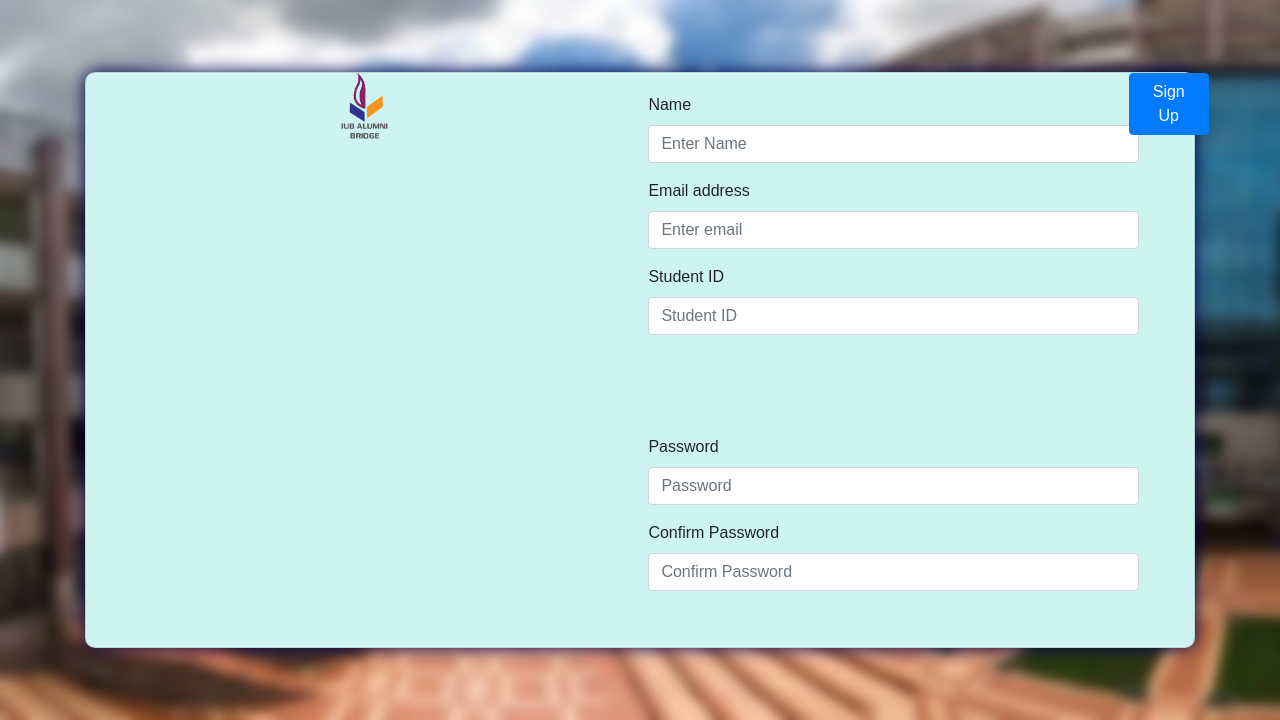
Repository: injamam00155/IUB_Alumni_Bridge
Page: Frontend/signup.html
The author's editor kept a copy of each file at every save. The page is drawn from the files as they stood at one save, then again after the next save.
The browser window is 1280 px wide. The pictures show the whole page.

Above is the page before, as saved 2023-04-02 01:37:59.

After the next save:
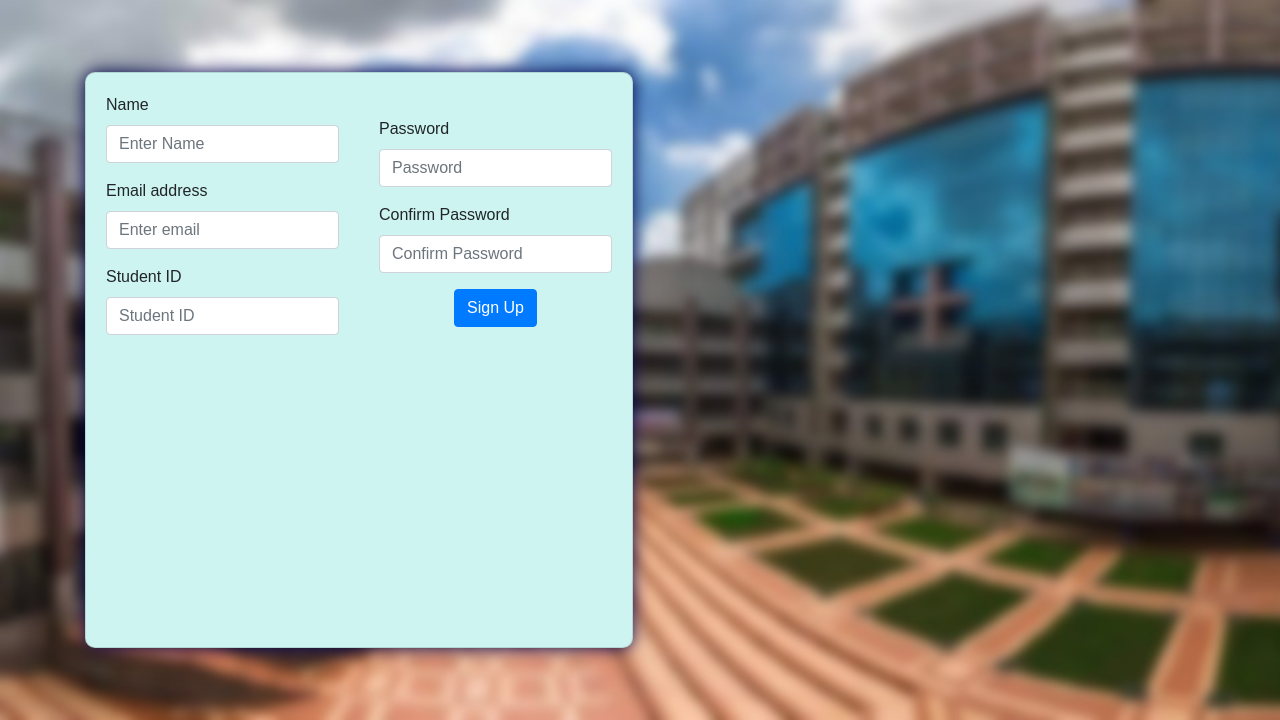
Saved 2 min 12 s later.
--- a/Frontend/signup.html
+++ b/Frontend/signup.html
@@ -12,73 +12,60 @@
     <div class="container">
 
         <div class="card">
-            <div class="row">
-                <div class="text-center logo">
-                    <img class="text-center" src="/Frontend/img/iubalumnibridgelogo.png" alt="logo">
-                </div>
-            </div>
             <!-- <img src="/Frontend/img/alumni.jpg" class="card-img-top" alt="Alumni">
             <div class="card-img-overlay description">
                 <h3 class="text-left">IUB Alumni Bridge</h3>
                 <p class="text-left">The IUB Alumni Bridge is a social media platform that connects alumni of Independent University, Bangladesh (IUB) with current students and the university community. It provides alumni with updates about events and job opportunities, while allowing students to connect with alumni and receive mentorship and guidance.</p>
             </div> -->
-            <div class="row">
-                <div class="card-body">
-                    <!-- <h3 class="text-left">IUB Alumni Bridge</h3>
-                    <p class="text-left">The IUB Alumni Bridge is a social media platform that connects alumni of Independent University, Bangladesh (IUB) with current students and the university community. It provides alumni with updates about events and job opportunities, while allowing students to connect with alumni and receive mentorship and guidance.</p> -->
-                    <form>
-                        <div class="form-group">
-                            <label for="inputName">Name</label>
-                            <input type="name" class="form-control" id="inputName" placeholder="Enter Name">
-                        </div>
-                        <div class="form-group">
-                            <label for="inputEmail">Email address</label>
-                            <input type="email" class="form-control" id="inputEmail" placeholder="Enter email">
-                        </div>
-                        <div class="form-group">
-                            <label for="iubId">Student ID</label>
-                            <input type="Id" class="form-control" id="iubId" placeholder="Student ID">
-                        </div>
-                    </form>
-                </div>
-                <div class="card-body">
-                    <!-- <div class="text-center logo">
-                        <img class="text-center" src="/Frontend/img/iubalumnibridgelogo.png" alt="logo">
+            <div class="card-body">
+                <!-- <h3 class="text-left">IUB Alumni Bridge</h3>
+                <p class="text-left">The IUB Alumni Bridge is a social media platform that connects alumni of Independent University, Bangladesh (IUB) with current students and the university community. It provides alumni with updates about events and job opportunities, while allowing students to connect with alumni and receive mentorship and guidance.</p> -->
+                <form>
+                    <div class="form-group">
+                        <label for="inputName">Name</label>
+                        <input type="name" class="form-control" id="inputName" placeholder="Enter Name">
+                    </div>
+                    <div class="form-group">
+                        <label for="inputEmail">Email address</label>
+                        <input type="email" class="form-control" id="inputEmail" placeholder="Enter email">
+                    </div>
+                    <div class="form-group">
+                        <label for="iubId">Student ID</label>
+                        <input type="Id" class="form-control" id="iubId" placeholder="Student ID">
+                    </div>
+                </form>
+            </div>
+            <div class="card-body">
+                <!-- <div class="text-center logo">
+                    <img class="text-center" src="/Frontend/img/iubalumnibridgelogo.png" alt="logo">
+                </div> -->
+                <br>
+                <form>
+                    <!-- <div class="form-group">
+                        <label for="inputName">Name</label>
+                        <input type="name" class="form-control" id="inputName" placeholder="Enter Name">
+                    </div>
+                    <div class="form-group">
+                        <label for="inputEmail">Email address</label>
+                        <input type="email" class="form-control" id="inputEmail" placeholder="Enter email">
+                    </div>
+                    <div class="form-group">
+                        <label for="iubId">Student ID</label>
+                        <input type="Id" class="form-control" id="iubId" placeholder="Student ID">
                     </div> -->
-                    <br>
-                    <form>
-                        <!-- <div class="form-group">
-                            <label for="inputName">Name</label>
-                            <input type="name" class="form-control" id="inputName" placeholder="Enter Name">
-                        </div>
-                        <div class="form-group">
-                            <label for="inputEmail">Email address</label>
-                            <input type="email" class="form-control" id="inputEmail" placeholder="Enter email">
-                        </div>
-                        <div class="form-group">
-                            <label for="iubId">Student ID</label>
-                            <input type="Id" class="form-control" id="iubId" placeholder="Student ID">
-                        </div> -->
-                        <div class="form-group">
-                            <label for="inputPassword">Password</label>
-                            <input type="password" class="form-control" id="inputPassword" placeholder="Password">
-                        </div>
-                        <div class="form-group">
-                            <label for="confirmPassword">Confirm Password</label>
-                            <input type="password" class="form-control" id="confirmPassword" placeholder="Confirm Password">
-                        </div>
-                    </form>
-                </div>
-
-            </div>
-            <div class="row">
-                <form>
+                    <div class="form-group">
+                        <label for="inputPassword">Password</label>
+                        <input type="password" class="form-control" id="inputPassword" placeholder="Password">
+                    </div>
+                    <div class="form-group">
+                        <label for="confirmPassword">Confirm Password</label>
+                        <input type="password" class="form-control" id="confirmPassword" placeholder="Confirm Password">
+                    </div>
                     <div class="text-center">
                         <button type="submit" class="btn btn-primary text-center">Sign Up</button>
                     </div>
                 </form>
             </div>
-
         </div>
     </div>
 
